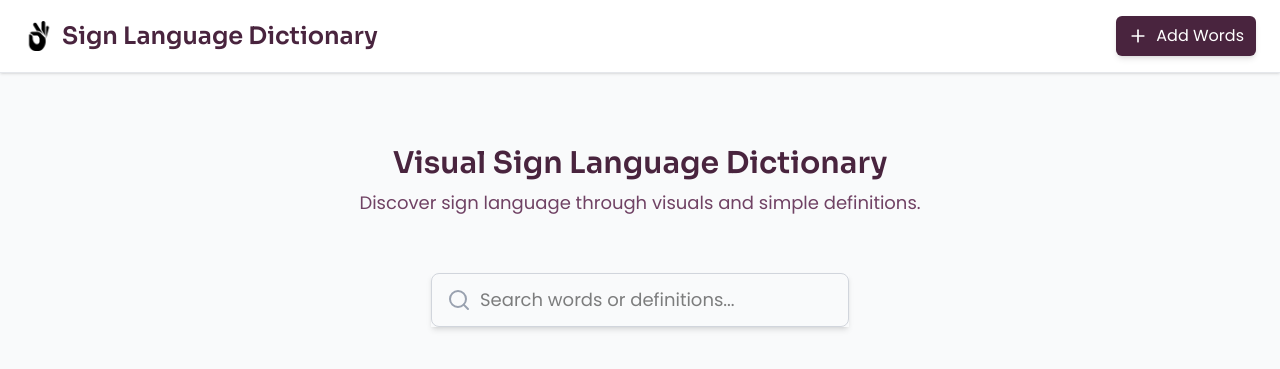
Repository: jabir12-12/sign-setu
Page: /
The author's editor kept a copy of each file at every save. The page is drawn from the files as they stood at one save, then again after the next save.
The browser window is 1280 px wide. The pictures show the whole page.
The project was rebuilt for these pictures with package versions that can differ from the ones it lists, and the page was loaded fresh each time. The framework's server and built-in components were replaced by stand-ins that run in the browser. Also part of the build but not shown: next.config.ts.

Above is the page before, as saved 2025-05-27 16:45:36.

### app/page.tsx
'use client';
import React, { useState } from 'react';
import { Plus, Search } from 'lucide-react';
import Dialog from '@mui/material/Dialog';
import DialogActions from '@mui/material/DialogActions';
import DialogContent from '@mui/material/DialogContent';
import DialogTitle from '@mui/material/DialogTitle';
import Button from '@mui/material/Button';
import Image from 'next/image';
import { IconButton, Typography } from '@mui/material';

export default function StockDashboard() {
  const [isopen, setIsOpen] = useState(false);
  return (
    <div className="bg-gray-50 min-h-screen flex flex-col">
      {/* Header */}
      <header className="sticky top-0 z-10 flex flex-wrap justify-between items-center px-4 md:px-6 py-3 md:py-4 bg-white border-b border-gray-200 shadow-sm">
        {/* Left: Logo & Title */}
        <div className="flex items-center space-x-2 mb-2 md:mb-0 justify-center">
          <Image
            src="/images/ok.png"
            alt="Logo icon"
            width={30}
            height={30}
          />
          <h1 className="text-[#49243E] font-semibold text-lg md:text-2xl whitespace-nowrap">
            Sign Language Dictionary
          </h1>
        </div>

        {/* Right: Add Button */}
        <div className="flex items-center gap-2">
          <button className="bg-[#49243E] text-white px-3 py-2 rounded-full md:rounded-md flex items-center justify-center hover:bg-[#704264] transition-colors duration-200 shadow-md hover:shadow-md"
            onClick={() => setIsOpen(true)}>
            <Plus className="w-5 h-5" />
            <span className="hidden md:inline ml-2">Add Words</span>
          </button>
        </div>
      </header>

      {/* Centered Search Bar */}
      <div className='flex flex-col items-center justify-center gap-6 px-4 md:px-6 py-8 mt-4'>
        <div className="text-center mt-6 px-4">
          <h2 className="text-2xl md:text-3xl font-semibold text-[#49243E]">
            Visual Sign Language Dictionary
          </h2>
          <p className="text-md md:text-lg text-[#704264] mt-2">
            Discover sign language through visuals and simple definitions.
          </p>
        </div>

        <div className="flex justify-center mt-8 px-4">
          <div className="relative w-full max-w-lg shadow-md">
            <span className="absolute inset-y-0 left-0 pl-4 flex items-center text-gray-400">
              <Search className="w-6 h-6" /> {/* Bigger icon */}
            </span>
            <input
              type="text"
              placeholder="Search words or definitions..."
              className="w-full pl-12 pr-5 py-3 text-lg border border-gray-300 rounded-lg focus:outline-none focus:ring-2 focus:ring-[#BB8493] focus:border-[#BB8493] hover:border-gray-400 transition-all duration-200"
            />
          </div>
        </div>

      </div>
      {/* Add Words */}
      <Dialog open={isopen} onClose={() => setIsOpen(false)} maxWidth="xs" fullWidth>
        <DialogTitle
          sx={{
            display: 'flex',
            justifyContent: 'space-between',
            alignItems: 'center',
            padding: '1rem 1.5rem',
            color: '#1D2939',
            fontWeight: 'bold',
            fontSize: '1.125rem'
          }}
        >
          <span className="text-black text-md">Add Word</span>
          <IconButton
            onClick={() => setIsOpen(false)}
            sx={{ width: 32, height: 32 }}
          >
            <Image src="/images/cancel-01.svg" alt="Cancel" width={20} height={20} />
          </IconButton>
        </DialogTitle>
        <DialogContent sx={{ padding: '0 1.5rem 1.5rem' }}>
          <div className="space-y-4">
            <div>
              <label className="block text-sm font-medium text-gray-700">Word</label>
              <input
                type="text"
                placeholder="Enter word"
                className="mt-1 block w-full border border-gray-300 rounded-md px-3 py-2 text-sm outline-none focus:ring-[#49243E] focus:border-[#49243E] hover:border-[#49243E] transition duration-200"
              />
            </div>

            <div>
              <label className="block text-sm font-medium text-gray-700">Definition</label>
              <textarea
                placeholder="Enter definition"
                rows={3}
                className="mt-1 block w-full border border-gray-300 rounded-md px-3 py-2 text-sm outline-none focus:ring-[#49243E] focus:border-[#49243E] hover:border-[#49243E] transition duration-200"
              />
            </div>

            <div>
              <label className="block text-sm font-medium text-gray-700">Link URL</label>
              <input
                type="url"
                placeholder="Enter external link (optional)"
                className="mt-1 block w-full border border-gray-300 rounded-md px-3 py-2 text-sm outline-none focus:ring-[#49243E] focus:border-[#49243E] hover:border-[#49243E] transition duration-200"
              />
            </div>

            <div>
              <label className="block text-sm font-medium text-gray-700">Image URL</label>
              <input
                type="url"
                placeholder="Enter image URL"
                className="mt-1 block w-full border border-gray-300 rounded-md px-3 py-2 text-sm outline-none focus:ring-[#49243E] focus:border-[#49243E] hover:border-[#49243E] transition duration-200"
              />
            </div>
          </div>
        </DialogContent>


        <DialogActions
          sx={{
            padding: '1rem 1.5rem',
            borderTop: '1px solid #D0D5DD',
            display: 'flex',
            justifyContent: 'flex-end',
            gap: 1.5
          }}
        >
          <Button
            onClick={() => setIsOpen(false)}
            variant="outlined"
            sx={{
              padding: '0.625rem 1.5rem',
              fontWeight: 600,
              borderRadius: '8px',
              fontSize: '0.875rem',
              borderColor: '#D0D5DD',
              color: '#344054',
              textTransform: 'none',
              '&:hover': {
                backgroundColor: '#F2F4F7',
                borderColor: '#D0D5DD'
              }
            }}
          >
            Cancel
          </Button>
          <Button
            onClick={() => {
              () => setIsOpen(false)
            }}
            variant="contained"
            sx={{
              padding: '0.625rem 1.5rem',
              fontWeight: 600,
              fontSize: '0.875rem',
              borderRadius: '8px',
              backgroundColor: '#49243E',
              textTransform: 'none',
              boxShadow: 'inset 0 1px 1px rgba(0,0,0,0.05)',
              '&:hover': {
                backgroundColor: '#704264'
              }
            }}
          >
            Add Words
          </Button>
        </DialogActions>
      </Dialog>

    </div>
  );
}

### app/globals.css
@import url('https://fonts.googleapis.com/css2?family=Poppins:wght@400;500;600&family=Inter:wght@400;500;600&family=Sora:wght@400;500;600;700;800&display=swap');
@import url('https://fonts.googleapis.com/css2?family=Inter:wght@400;700&display=swap');

@import "tailwindcss";

body {
  background-color: #f7f8fb;
  margin: 0;
  padding: 0;
  font-family: 'Poppins', sans-serif;
  justify-content: center;
  align-items: center;
  height: 100vh;
}

.video-js .vjs-playback-rate {
  font-size: 10px;
  transform: translateY(12px);
  /* Moves the button down by 10px */

}

.heading .head {
  font-family: 'Sora', sans-serif;
  font-size: 24px;
  /* Example size */
  font-weight: 700;
}

/* Example for other headings if needed */
h1,
h2,
h3,
h4,
h5,
h6 {
  font-family: 'Sora', sans-serif;
}

h3 {
  font-size: 18px;
  font-weight: 600;
}

/* Ensure that other text elements use Poppins */
p,
span,
div {
  font-family: 'Poppins', sans-serif;
}

.button {
  outline: none;
}

/* Custom scrollbar styles */

::-webkit-scrollbar {
  width: 7px;
  height: 7px;
}

::-webkit-scrollbar-thumb {
  background-color: rgba(234, 236, 240, 1);
  ;

  border-radius: 100px;
}

::-webkit-scrollbar-track {
  background: "white";

}

/* THIS IS FOR TEXT-EDITOR IN DISSCUSSION TAB --------------------------*/
.custom-quill .ql-container {
  border: none !important;
  /* Remove the border from the container */
}

.custom-quill .ql-editor {
  border: none !important;
  /* Ensure no border around the editor */
}

.custom-quill:focus {
  outline: none;
  /* Remove outline on focus */
}

.custom-quill .ql-editor {
  font-size: 16px;
  /* Set text size to 16px */
  font-family: 'Poppins', sans-serif;
  font-style: normal;
  /* Use the Poppins font */

}

.custom-quill .ql-editor:empty::before {

  /* Show placeholder */
  color: #667085;
  /* Placeholder color */
  font-family: 'Poppins', sans-serif;
  font-style: normal;
  /* Poppins font for placeholder */
  font-size: 16px;
  /* Placeholder size */
  position: absolute;
  /* Position it absolutely */
  left: 10px;
  /* Adjust according to your padding */
  top: 10px;
  /* Adjust according to your padding */
  pointer-events: none;
  /* Prevent interaction */
}

.custom-quill .ql-editor:focus::before {
  display: none;
  /* Hide placeholder on focus */
}

/* -------------------------------------------------- */
/* FOR TOOLTIP FOR TEST PAGE ONLY ->learn Tab */


.tooltipText {
  position: absolute;
  color: white;
  bottom: 125%;
  /* Position above the button */
  left: 50%;
  /* Center horizontally */
  transform: translateX(-50%);
  /* Adjust to center the tooltip */

  z-index: 3;
  background-color: #131313;
  box-shadow: 0 5px 10px rgba(0, 0, 0, 0.3);
  padding: 6px 14px;
  /* Padding inside the tooltip */
  width: 204px;
  /* Fixed width */
  height: auto;
  /* Hug content (height grows with content) */
  min-height: 78px;
  /* Minimum height */
  font-size: 15px;
  font-weight: 400;
  border-radius: 5px;
  white-space: normal;
  /* Allow text wrapping for longer content */
  opacity: 0;
  pointer-events: none;
  transition: all 0.4s ease;
}

.tooltip:hover .tooltipText {
  opacity: 1;
  pointer-events: auto;
  transform: translate(-50%, -10px);
  /* Move tooltip slightly up on hover */
}

.drawer-overlay {
  background-color: transparent !important;
  /* Makes the overlay transparent */
}

/* magic.module.css */
.customCheckbox input[type="checkbox"]:checked {
  background-color: #9012FF;
  border-color: #9012FF;
}

/* Add this to your global CSS file */
.ql-container .ql-editor img {
  cursor: pointer;
}

.image-resizer {
  border: 1px dashed #999;
  position: absolute;
}

.image-resizer .resize-handle {
  background-color: #fff;
  border: 1px solid #999;
  height: 8px;
  width: 8px;
  position: absolute;
}

.image-resizer .resize-handle.se {
  bottom: -5px;
  right: -5px;
  cursor: se-resize;
}

.image-resizer .resize-handle.sw {
  bottom: -5px;
  left: -5px;
  cursor: sw-resize;
}

.image-resizer .resize-handle.ne {
  top: -5px;
  right: -5px;
  cursor: ne-resize;
}

.image-resizer .resize-handle.nw {
  top: -5px;
  left: -5px;
  cursor: nw-resize;
}


@layer base {
  :root {
    --radius: 0.5rem;
    --chart-1: 12 76% 61%;
    --chart-2: 173 58% 39%;
    --chart-3: 197 37% 24%;
    --chart-4: 43 74% 66%;
    --chart-5: 27 87% 67%;
  }

  .dark {
    --chart-1: 220 70% 50%;
    --chart-2: 160 60% 45%;
    --chart-3: 30 80% 55%;
    --chart-4: 280 65% 60%;
    --chart-5: 340 75% 55%;
  }
}

Loaded but not shown: app/layout.tsx (common file)

After the next save:
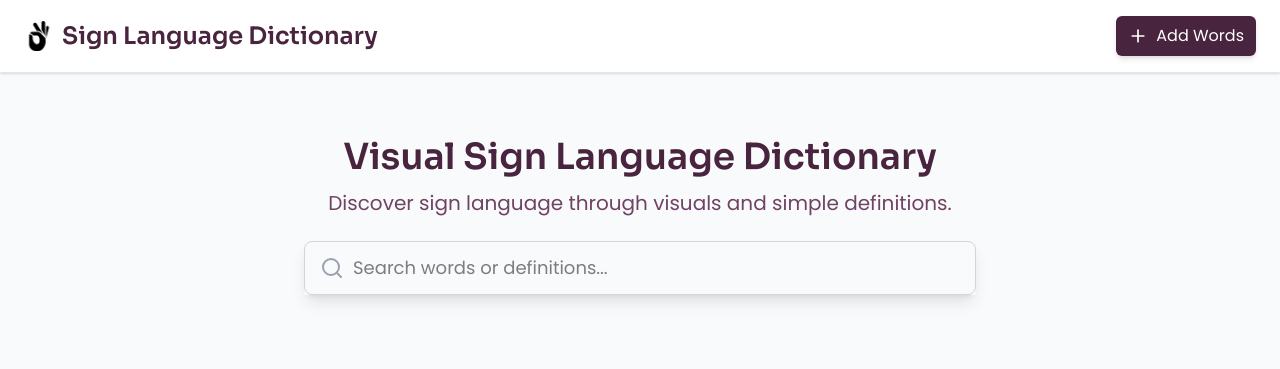
Saved 29 s later.
--- a/app/page.tsx
+++ b/app/page.tsx
@@ -39,20 +39,22 @@ export default function StockDashboard() {
       </header>
 
       {/* Centered Search Bar */}
-      <div className='flex flex-col items-center justify-center gap-6 px-4 md:px-6 py-8 mt-4'>
-        <div className="text-center mt-6 px-4">
-          <h2 className="text-2xl md:text-3xl font-semibold text-[#49243E]">
+      <div className="flex flex-col items-center justify-center gap-6 px-4 md:px-6 py-10 mt-6">
+        {/* Heading */}
+        <div className="text-center">
+          <h2 className="text-3xl md:text-4xl font-semibold text-[#49243E]">
             Visual Sign Language Dictionary
           </h2>
-          <p className="text-md md:text-lg text-[#704264] mt-2">
+          <p className="text-lg md:text-xl text-[#704264] mt-3">
             Discover sign language through visuals and simple definitions.
           </p>
         </div>
 
-        <div className="flex justify-center mt-8 px-4">
-          <div className="relative w-full max-w-lg shadow-md">
+        {/* Search bar */}
+        <div className="flex justify-center w-full max-w-2xl">
+          <div className="relative w-full shadow-lg">
             <span className="absolute inset-y-0 left-0 pl-4 flex items-center text-gray-400">
-              <Search className="w-6 h-6" /> {/* Bigger icon */}
+              <Search className="w-6 h-6" /> {/* Larger icon */}
             </span>
             <input
               type="text"
@@ -61,8 +63,8 @@ export default function StockDashboard() {
             />
           </div>
         </div>
+      </div>
 
-      </div>
       {/* Add Words */}
       <Dialog open={isopen} onClose={() => setIsOpen(false)} maxWidth="xs" fullWidth>
         <DialogTitle
